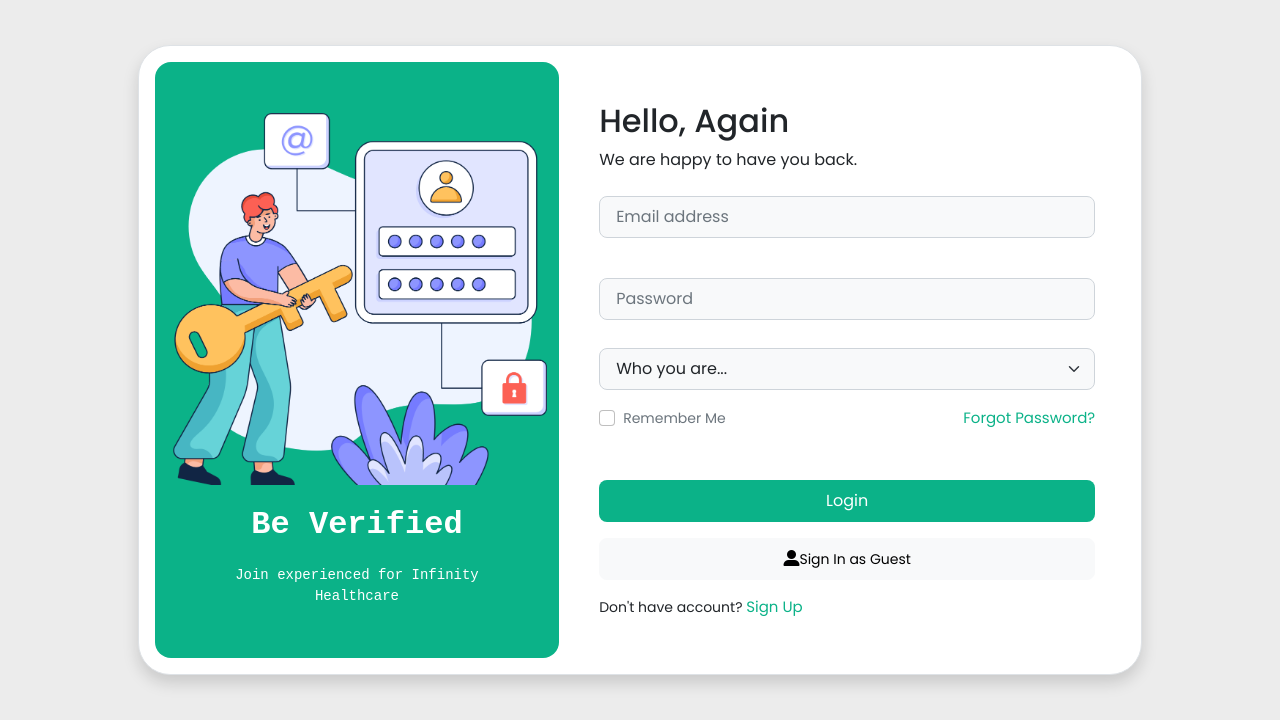
Repository: theonlymono/FitfinityHealthcareWebsiteJ2EE
Page: http://localhost/Fitfinity/LogInPage.jsp
These files come from the project's save history. The page is drawn as it stood at one moment and after the next save; the edit follows.
The browser window is 1280 px wide. The pictures show the whole page.
The page is served by Tomcat 9.

Above is the page before, as saved 2024-02-27 15:23:27.

After the next save:
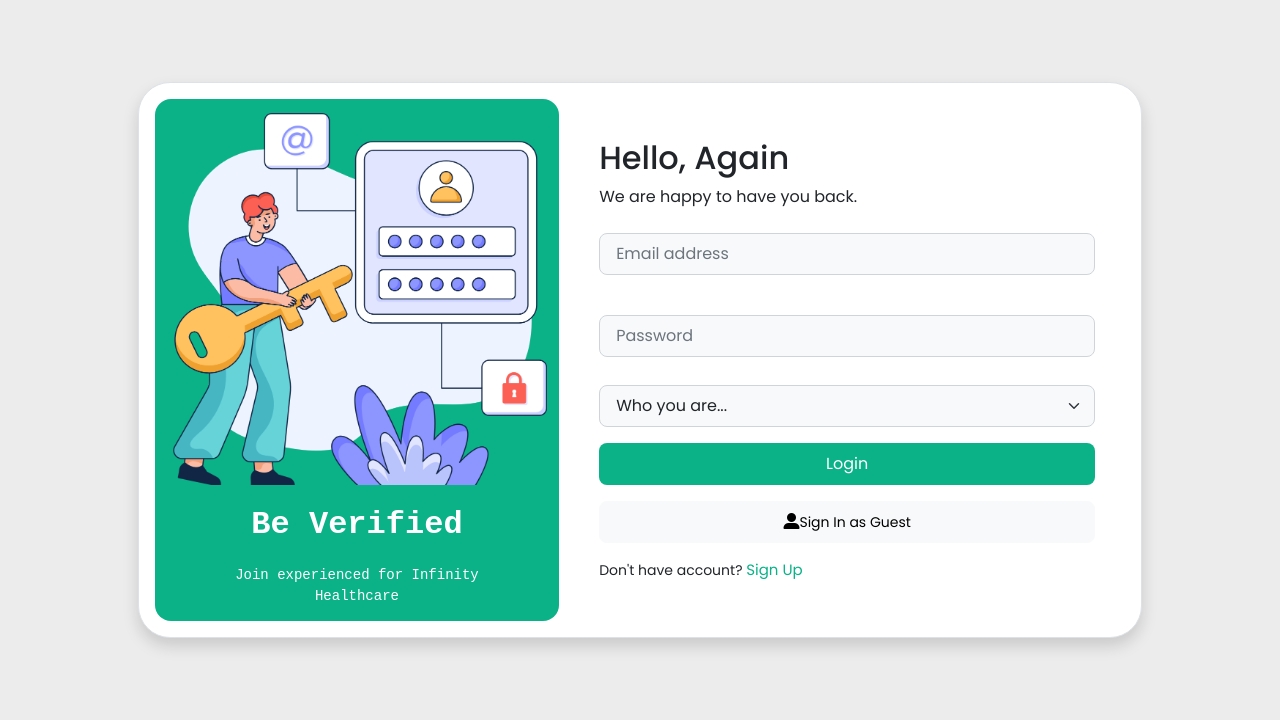
Saved 55 s later.
--- a/fitfinity/Fitfinity/WebContent/LogInPage.jsp
+++ b/fitfinity/Fitfinity/WebContent/LogInPage.jsp
@@ -77,15 +77,7 @@
 				    </select>
 				</div>
 
-                <div class="input-group mb-5 d-flex justify-content-between">
-                    <div class="form-check">
-                        <input type="checkbox" class="form-check-input" id="formCheck">
-                        <label for="formCheck" class="form-check-label text-secondary"><small>Remember Me</small></label>
-                    </div>
-                    <div class="forgot">
-                        <small><a href="./main.jsp">Forgot Password?</a></small>
-                    </div>
-                </div>
+
                 <div  class="input-group mb-3">
                     <button style=" background-color: #0bb288; color: white;" class="btn btn-lg w-100 fs-6">Login</button>
                 </div>

After the save that followed:
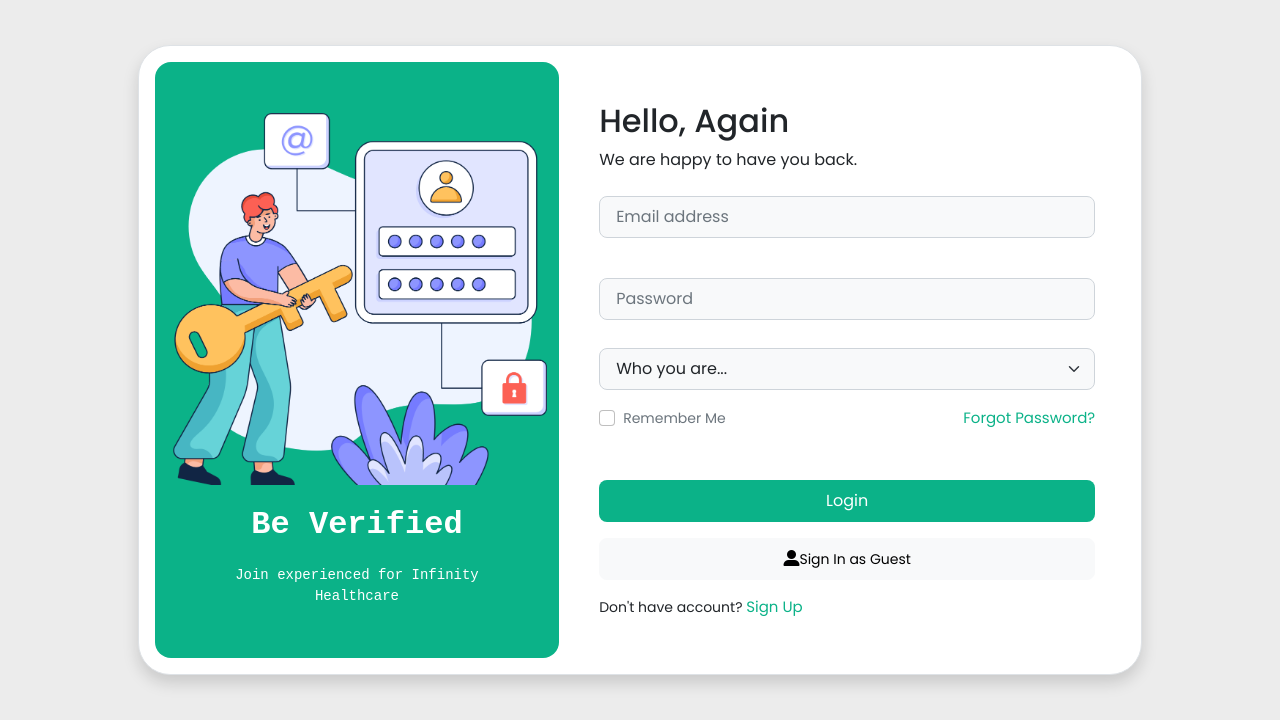
Saved 16 s later.
--- a/fitfinity/Fitfinity/WebContent/LogInPage.jsp
+++ b/fitfinity/Fitfinity/WebContent/LogInPage.jsp
@@ -77,7 +77,15 @@
 				    </select>
 				</div>
 
-
+                <div class="input-group mb-5 d-flex justify-content-between">
+                    <div class="form-check">
+                        <input type="checkbox" class="form-check-input" id="formCheck">
+                        <label for="formCheck" class="form-check-label text-secondary"><small>Remember Me</small></label>
+                    </div>
+                    <div class="forgot">
+                        <small><a href="./main.jsp">Forgot Password?</a></small>
+                    </div>
+                </div>
                 <div  class="input-group mb-3">
                     <button style=" background-color: #0bb288; color: white;" class="btn btn-lg w-100 fs-6">Login</button>
                 </div>
